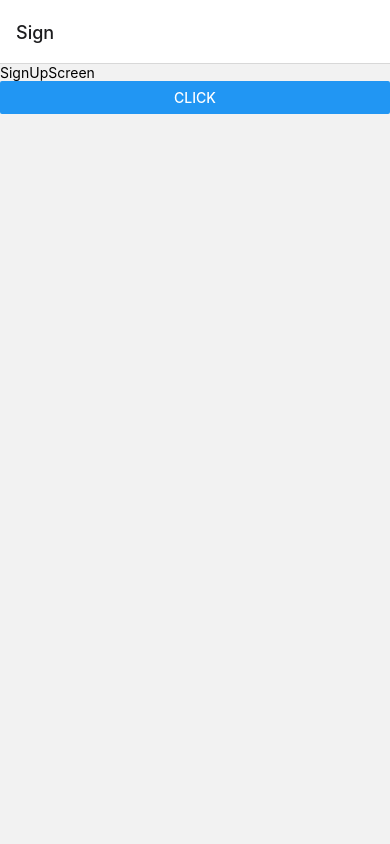
Repository: kgayathridevi/pregband
Screen: /
These files come from the project's save history. The screen is drawn as it stood at one moment and after a run of saves; the edit follows.
The app was drawn by React Native's web renderer in a window 390 px wide. The project was rebuilt for these pictures with package versions that can differ from the ones it lists, and the page was loaded fresh each time. Also part of the build but not shown: component/LogInScreen.jsx.

Above is the screen before, as saved 2023-04-28 11:28:36.

### App.js
import { NavigationContainer } from "@react-navigation/native";
import { createNativeStackNavigator } from "@react-navigation/native-stack";
import { StatusBar } from "expo-status-bar";
import { StyleSheet, Text, View } from "react-native";
import SignUpScreen from "./component/SignUpScreen";
import LogInScreen from "./component/LogInScreen";

const Stack = createNativeStackNavigator();
export default function App() {
  return (
    <NavigationContainer>
      <Stack.Navigator>
        <Stack.Screen name="Sign" component={SignUpScreen} />
        <Stack.Screen name="Log" component={LogInScreen} />
      </Stack.Navigator>
    </NavigationContainer>
  );
}

const styles = StyleSheet.create({
  // container: {
  //   flex: 1,
  //   backgroundColor: '#fff',
  //   alignItems: 'center',
  //   justifyContent: 'center',
  // },
});

### component/SignUpScreen.jsx
import { StyleSheet, Text, View } from "react-native";
import React from "react";
import { Button } from "react-native";

const SignUpScreen = ({ navigation }) => {
  return (
    <View>
      <Text>SignUpScreen</Text>
      <Button title="click" onPress={() => navigation.navigate("Log")} />
    </View>
  );
};

export default SignUpScreen;

const styles = StyleSheet.create({
  heading: {},
});

After the next 5 saves:
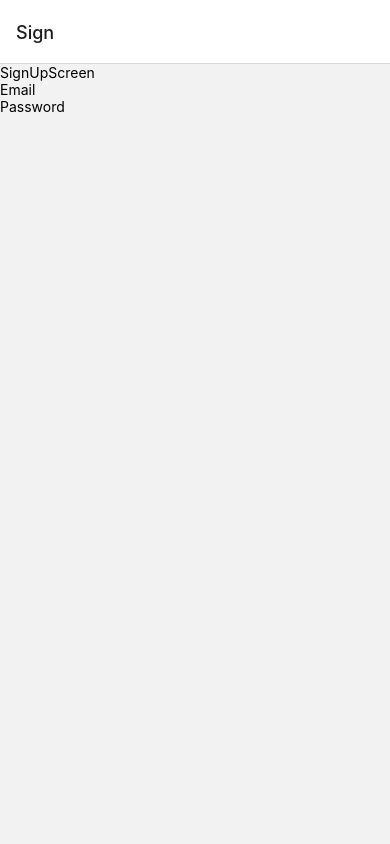
The 5 saves are shown as one change because 4 did not build or start.
The last was saved 7 min 28 s later.
--- a/component/SignUpScreen.jsx
+++ b/component/SignUpScreen.jsx
@@ -1,4 +1,4 @@
-import { StyleSheet, Text, View } from "react-native";
+import { StyleSheet, Text, TextInput, View } from "react-native";
 import React from "react";
 import { Button } from "react-native";
 
@@ -6,13 +6,12 @@ const SignUpScreen = ({ navigation }) => {
   return (
     <View>
       <Text>SignUpScreen</Text>
-      <Button title="click" onPress={() => navigation.navigate("Log")} />
+      <TextInput placeholder="Email" />
+      <TextInput secureTextEntry={true} placeholder="Password" />
     </View>
   );
 };
 
 export default SignUpScreen;
 
-const styles = StyleSheet.create({
-  heading: {},
-});
+const styles = StyleSheet.create({});
